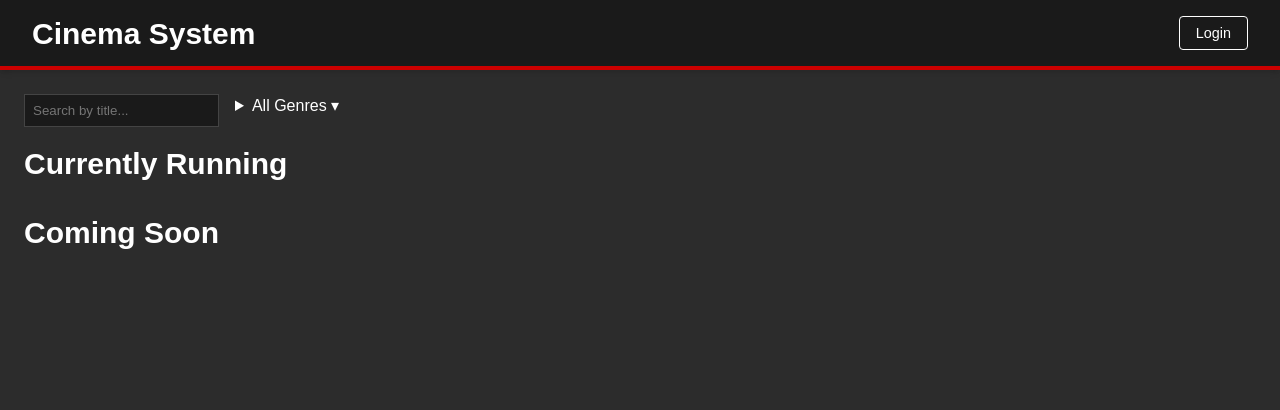
Repository: kaylaBond14/SE-Project
Page: / (app in cinema-ebooking-system/)
These files come from the project's save history. The page is drawn as it stood at one moment and after the next save; the edit follows.
The browser window is 1280 px wide. The pictures show the whole page.
The page's requests for data from a server got no answer. The project was rebuilt for these pictures with package versions that can differ from the ones it lists, and the page was loaded fresh each time. No one was signed in, and anything a server would have sent is missing. Also part of the build but not shown: cinema-ebooking-system/vite.config.js, cinema-ebooking-system/src/components/MovieCard.jsx, cinema-ebooking-system/src/components/MovieDetail.jsx, cinema-ebooking-system/src/components/SeatingChart.jsx, cinema-ebooking-system/src/components/TicketSelection.jsx, cinema-ebooking-system/src/components/Booking.jsx, cinema-ebooking-system/src/components/AddressForm.jsx, cinema-ebooking-system/src/components/Registration.jsx and 3 more.

Above is the page before, as saved 2025-11-12 11:18:29.

### cinema-ebooking-system/src/App.jsx
import React, { useState, useEffect } from 'react';
import HomeHeader from "./components/HomeHeader.jsx";
import Home from "./components/Homepage.jsx";
import MovieDetail from "./components/MovieDetail.jsx";
import Booking from "./components/Booking.jsx";
import Registration from "./components/Registration.jsx";
import EditProfile from './components/EditProfile.jsx';
import Login from './components/Login.jsx';
import ForgotPassword from './components/forgotpassword.jsx';

// Component for the admin dashboard
const AdminDashboard = () => {
  // Style for the outer container
  const containerStyle = {
    display: 'flex',
    justifyContent: 'center',
    flexWrap: 'wrap', // Added to help if you add more cards
    gap: '2rem', // Space between cards
    marginTop: '2rem'
  };

  // Style for each card
  const cardStyle = {
    backgroundColor: '#3a3a3a', // A slightly lighter dark shade
    padding: '1.5rem 2rem',
    borderRadius: '12px',
    width: '300px',
    boxShadow: '0 4px 12px rgba(0, 0, 0, 0.3)',
    cursor: 'pointer',
    transition: 'transform 0.2s'
  };

  // Style for card titles
  const cardTitleStyle = {
    fontSize: '1.5rem',
    fontWeight: 'bold',
    marginBottom: '0.5rem'
  };

  // Style for card descriptions
  const cardDescStyle = {
    fontSize: '1rem',
    color: '#ccc', // Lighter text for description
    minHeight: '40px'
  };

  return (
    <div style={{ padding: '2rem', textAlign: 'center' }}>
      <h1 style={{ fontSize: '1.875rem', fontWeight: 'bold' }}>
        Admin Dashboard
      </h1>

      <div style={containerStyle}>
        {/* Manage Movies Card */}
        <div
          style={cardStyle}
          onClick={() => { /* alert('Go to Manage Movies') */ }}
          onMouseOver={e => e.currentTarget.style.transform = 'scale(1.03)'}
          onMouseOut={e => e.currentTarget.style.transform = 'scale(1)'}
        >
          <h2 style={cardTitleStyle}>Manage Movies</h2>
          <p style={cardDescStyle}>Add, edit, or remove movie listings and showtimes.</p>
        </div>

        {/* Manage Promotions Card */}
        <div
          style={cardStyle}
          onClick={() => { /* alert('Go to Manage Promotions') */ }}
          onMouseOver={e => e.currentTarget.style.transform = 'scale(1.03)'}
          onMouseOut={e => e.currentTarget.style.transform = 'scale(1)'}
        >
          <h2 style={cardTitleStyle}>Manage Promotions</h2>
          <p style={cardDescStyle}>Create, update, and manage all active promotions.</p>
        </div>
        <div
          style={cardStyle}
          onClick={() => { /* alert('Go to Manage Users') */ }}
          onMouseOver={e => e.currentTarget.style.transform = 'scale(1.03)'}
          onMouseOut={e => e.currentTarget.style.transform = 'scale(1)'}
        >
          <h2 style={cardTitleStyle}>Manage Users</h2>
          <p style={cardDescStyle}>Search, view, and edit user accounts and permissions.</p>
        </div>

      </div>
    </div>
  );
};

export default function App() {
  // State to track the current page, selected movie, and selected showtime.
  // This is a simple way to manage navigation without using a routing library.
  const [currentPage, setCurrentPage] = useState('home');
  const [selectedMovie, setSelectedMovie] = useState(null);
  const [selectedShowtime, setSelectedShowtime] = useState(null);

  // Auth and user state
  const [isLoggedIn, setIsLoggedIn] = useState(false);
  const [currentUserId, setCurrentUserId] = useState(null);
  const [currentUser, setCurrentUser] = useState(null);

  // Add this useEffect to check for an existing session on app load
  useEffect(() => {
    const token = localStorage.getItem('jwtToken');
    const userId = localStorage.getItem('userId'); // Get the saved user ID

    if (token && userId) {
      console.log('Found existing session, fetching profile...');
      setIsLoggedIn(true);
      setCurrentUserId(userId); // This will trigger the *other* useEffect to fetch the profile
    }
    // The empty array [] means this runs only ONCE when the app first loads
  }, []);

  // Helper function to get auth headers
  // This reads the token that Login.js saved to localStorage
  const getAuthHeaders = (includeContentType = true) => {
    const token = localStorage.getItem('jwtToken');
    const headers = {};

    if (includeContentType) {
      headers['Content-Type'] = 'application/json';
    }

    if (token) {
      headers['Authorization'] = `Bearer ${token}`;
    }
    return headers;
  };

  const handleMovieSelect = (movie) => {
    setSelectedMovie(movie);
    setCurrentPage('movie-detail');
  };

  // Function to handle a showtime being selected on the Movie Detail page.
  // It updates the state to show the Booking page.
  const handleShowtimeSelect = (showtime) => {
    setSelectedShowtime(showtime);
    setCurrentPage('booking');
  };

  // Function to go back to the home page and vice versa.
  const handleGoBackFromDetail = () => setCurrentPage('home');
  const handleGoBackFromBooking = () => setCurrentPage('movie-detail');
  const handleGoToRegister = () => setCurrentPage('registration');
  const handleGoBackFromRegistration = () => setCurrentPage('home');
  const handleGoToProfile = () => setCurrentPage('edit-profile');
  const handleGoBackFromProfile = () => setCurrentPage('home');

  // LOGIN HANDLERS
  // When Login button is clicked in header, go to login page
  const handleLoginClick = () => {
    setCurrentPage('login');
  };

  // This function is called by the Login component on a successful login
  const handleLoginSuccess = (userData) => { // Expects { id, role }
    setIsLoggedIn(true);
    setCurrentUserId(userData.userId); // This will trigger your profile fetch

    // Save the user's ID to localStorage ***
    localStorage.setItem('userId', userData.userId);

    // Handle routing based on user role
    if (userData.role === 'Admin') {
      setCurrentPage('admin-dashboard');
    } else {
      setCurrentPage('home');
    }
  };



  const handleLogout = async () => {
    console.log("Log out button clicked...");
    try {
      const userId = localStorage.getItem('userId');
      const token = localStorage.getItem('jwtToken');

      if (!userId) {
        console.error("No userId found in localStorage — cannot log out properly.");
        return;
      }

      // Send logout request to backend
      const response = await fetch('api/users/logout', {
        method: 'POST',
        headers: {
          'Content-Type': 'application/json',
          'Authorization': `Bearer ${token}` // optional if backend uses JWT
        },
        body: JSON.stringify({ userId: parseInt(userId) })
      });
      console.log("Logout request sent to backend.");

      if (!response.ok) {
        console.error("Failed to log out:", await response.text());
        return;
      }

      // Clear local data and reset frontend state
      setIsLoggedIn(false);
      setCurrentUser(null);
      setCurrentUserId(null);
      localStorage.removeItem('jwtToken');
      localStorage.removeItem('userId');
      console.log("Cleared local session data.");
      setCurrentPage('home');

      console.log("User logged out and status set to Inactive.");
    } catch (error) {
      console.error("Error logging out:", error);
    }
  };




  /**   This logs the user out and clears their data
  const handleLogout = () => {
    setIsLoggedIn(false);
    setCurrentUser(null);
    setCurrentUserId(null);
    localStorage.removeItem('jwtToken');
    localStorage.removeItem('userId'); // Clear the saved user ID
    setCurrentPage('home');
  };
  */


  // This 'useEffect' hook runs automatically whenever 'currentUserId' changes.
  useEffect(() => {
    // If we have a user ID (from login), fetch their profile.
    if (currentUserId) {
      fetchUserProfile(currentUserId);
    }
  }, [currentUserId]); // The "dependency array": runs when this value changes

  // This function calls GET /api/users/{id}/profile endpoint
  const fetchUserProfile = async (id) => {
    try {
      // Fetch User Basics
      const userResponse = await fetch(`/api/users/${id}/profile`, {
        method: 'GET', // UPDATED
        headers: getAuthHeaders(false) // UPDATED
      });
      if (!userResponse.ok) throw new Error('Failed to fetch user profile.');
      const userData = await userResponse.json();

      // Fetch User Address (if it exists)
      let addressData = null;
      try {
        const addressResponse = await fetch(`/api/users/${id}/address`, {
          method: 'GET',
          headers: getAuthHeaders(false)
        });
        if (addressResponse.ok) {
          addressData = await addressResponse.json();
        }
      } catch (e) {
        console.log("User has no address yet.");
      }

      // Fetch User Cards (if they exist)
      let cardsData = [];
      try {
        const cardsResponse = await fetch(`/api/users/${id}/cards`, {
          method: 'GET',
          headers: getAuthHeaders(false)
        });
        if (cardsResponse.ok) {
          cardsData = await cardsResponse.json();
        }
      } catch (e) {
        console.log("User has no payment cards yet.");
      }

      // Combine all data into one user object
      const fullUserData = {
        ...userData,
        address: addressData,     // This will be an object or null
        paymentCards: cardsData,  // This will be an array
      };

    // This checks if we are on the initial page load (currentPage is 'home')
    // and navigates to the dashboard if the fetched user is an admin.
    if (currentPage === 'home' && fullUserData.userTypeName === 'Admin') {
      setCurrentPage('admin-dashboard');
    }

      setCurrentUser(fullUserData);
      console.log('Fetched full user profile:', fullUserData);

    } catch (error) {
      console.error('Error fetching profile:', error);
      alert('Could not load user profile.');
    }
  };

  // Helper function to format address for the API
  const formatAddressForAPI = (addr) => {
    // Now expects 'zip' from form state
    if (!addr.street || !addr.city || !addr.state || !addr.zip) {
      return null;
    }
    return {
      label: "Home",
      street: addr.street,
      city: addr.city,
      state: addr.state,
      postalCode: addr.zip,
      country: "USA",
    };
  };

  // This function now calls  backend API controllers.
  const handleProfileUpdate = async (updatedData) => { //(added async)
    if (!currentUser) return; //(Safety check)

    const id = currentUser.id;
    let updateFailed = false;

    // Update Basic Info (firstName, lastName, phone, promoOptIn)
    const basicsToUpdate = {
      firstName: updatedData.firstName,
      lastName: updatedData.lastName,
      phone: updatedData.phone,
      promoOptIn: updatedData.promoOptIn,
    };

    try {
      console.log('Updating basic info:', basicsToUpdate);
      const response = await fetch(`/api/users/${id}`, {
        method: 'PATCH',
        headers: getAuthHeaders(),
        body: JSON.stringify(basicsToUpdate),
      });
      if (!response.ok) throw new Error('Failed to update basic info.');
    } catch (error) {
      console.error(error);
      alert('Error saving profile changes. Please try again.');
      updateFailed = true;
    }

    //  Update Password (if provided)
    if (!updateFailed && updatedData.newPassword) {
      const passwordRequest = {
        currentPassword: updatedData.currentPassword,
        newPassword: updatedData.newPassword,
      };

      try {
        console.log('Changing password...');
        const response = await fetch(`/api/users/${id}/change-password`, {
          method: 'POST',
          headers: getAuthHeaders(),
          body: JSON.stringify(passwordRequest),
        });

        if (!response.ok) {
          const errorMsg = await response.text();
          throw new Error(errorMsg || 'Failed to change password.');
        }
      } catch (error) {
        console.error(error);
        alert(`Error changing password: ${error.message}`);
        updateFailed = true;
      }
    }

    // API logic for Address
    if (!updateFailed && updatedData.homeAddress) {
      const formattedAddress = formatAddressForAPI(updatedData.homeAddress);
      if (formattedAddress) {
        try {
          let addressEndpoint = `/api/users/${id}/address`;
          let addressMethod = 'POST';

          if (currentUser.address && currentUser.address.id) {
            addressEndpoint = `/api/users/${id}/address/${currentUser.address.id}`;
            addressMethod = 'PATCH';
          }

          console.log(`Sending address via ${addressMethod} to ${addressEndpoint}`);
          const response = await fetch(addressEndpoint, {
            method: addressMethod,
            headers: getAuthHeaders(),
            body: JSON.stringify(formattedAddress),
          });
          if (!response.ok) throw new Error('Failed to save home address.');

        } catch (error) {
          console.error(error);
          alert('Error saving home address.');
          updateFailed = true;
        }
      }
    }

    // Full API logic for MULTIPLE Payment Cards
    if (!updateFailed) {
      const formCards = updatedData.paymentCards; // Array from EditProfile
      const existingCards = currentUser.paymentCards || [];

      // Find cards to ADD, UPDATE, and DELETE
      const cardsToAdd = formCards.filter(c => c.id === null);
      const cardsToUpdate = formCards.filter(c => c.id !== null);
      const cardIdsToUpdate = cardsToUpdate.map(c => c.id);

      const cardsToDelete = existingCards.filter(
        (existing) => !cardIdsToUpdate.includes(existing.id)
      );

      // Helper to build payload
      const buildCardPayload = (card) => {
        const [month, year] = card.expDate.split('/');
        const billingAddress = card.billingSameAsHome
          ? updatedData.homeAddress // Use the (already formatted) home address
          : card.billingAddress;

        const formattedBillingAddress = formatAddressForAPI(billingAddress);

        // This payload matches your 'CardRequest' DTO
        const payload = {
          brand: card.cardType,
          expMonth: month,
          expYear: `20${year}`,
          billingAddress: formattedBillingAddress,
        };

        // Only add 'cardNumber' if the user entered one
        // This assumes PATCH can handle partial updates
        if (card.cardNumber) {
          payload.cardNumber = card.cardNumber;
        }

        return payload;
      };

      // Run DELETE operations
      for (const card of cardsToDelete) {
        try {
          console.log(`Deleting card: ${card.id}`);
          const response = await fetch(`/api/users/${id}/cards/${card.id}`, {
            method: 'DELETE',
            headers: getAuthHeaders(false)
          });
          if (!response.ok) throw new Error(`Failed to delete card ${card.id}`);
        } catch (err) {
          console.error(err);
          alert(err.message);
          updateFailed = true;
        }
      }

      // Run ADD operations
      for (const card of cardsToAdd) {
        try {
          console.log("Adding new card...");
          const payload = buildCardPayload(card);
          if (!payload.cardNumber) { // New cards MUST have a number
             throw new Error("New card is missing a card number.");
          }

          const response = await fetch(`/api/users/${id}/cards`, {
            method: 'POST',
            headers: getAuthHeaders(),
            body: JSON.stringify(payload),
          });
          if (!response.ok) throw new Error('Failed to add new card.');
        } catch (err) {
          console.error(err);
          alert(err.message);
          updateFailed = true;
        }
      }

      //  Run UPDATE operations
      for (const card of cardsToUpdate) {
        try {
          console.log(`Updating card: ${card.id}`);
          const payload = buildCardPayload(card);

          const response = await fetch(`/api/users/${id}/cards/${card.id}`, {
            method: 'PATCH',
            headers: getAuthHeaders(),
            body: JSON.stringify(payload),
          });
          if (!response.ok) throw new Error(`Failed to update card ${card.id}`);
        } catch (err) {
          console.error(err);
          alert(err.message);
          updateFailed = true;
        }
      }
    }



    //  Refetch data & go home
    if (!updateFailed) {
      alert('Profile Saved!');
      fetchUserProfile(id); // Re-fetch the user to get the confirmed changes
      setCurrentPage('home');
    }
  };


  // This function decides which page to render based on the current state.
  const renderPage = () => {
    if (currentPage === 'home') {
      return (
        <Home
          onMovieSelect={handleMovieSelect}
          isLoggedIn={isLoggedIn}
          user={currentUser}
        />
      );
    } else if (currentPage === 'movie-detail') {
      return (
        <MovieDetail
          movie={selectedMovie}
          onShowtimeSelect={handleShowtimeSelect}
          onGoBack={handleGoBackFromDetail}
        />
      );
    } else if (currentPage === 'booking') {
      return (
        <Booking
          movie={selectedMovie}
          showtime={selectedShowtime}
          onGoBack={handleGoBackFromBooking}
        />
      );
    } else if (currentPage === 'registration') {
      return (
        <Registration
          onGoBack={handleGoBackFromRegistration}
        />
      );
    } else if (currentPage == 'edit-profile') {
      // A loading check
      // If the user is logged in but haven't fetched their data yet
      if (!currentUser) {
        // Show a loading message
        return <div style={{ padding: '2rem' }}>Loading profile...</div>;
      }

      // Once 'currentUser' is fetched, render the form
      return (
        <EditProfile
          user={currentUser}
          onGoBack={handleGoBackFromProfile}
          onSave={handleProfileUpdate}
        />
      );
    } else if (currentPage === 'login') {
      return (
        <Login
          onLoginSuccess={handleLoginSuccess}
          onGoForgot={() => setCurrentPage('forgot-password')}
          onGoSignup={handleGoToRegister} // Re-uses existing function
        />
      );
    } else if (currentPage === 'forgot-password') {
      return (
        <ForgotPassword
          onGoBack={() => setCurrentPage('login')} //Goes back to login page
        />
      );
    } else if (currentPage === 'admin-dashboard') {
      return <AdminDashboard />;

    }
  };

  const appStyle = {
    fontFamily: 'Arial, sans-serif',
    backgroundColor: '#2c2c2c', // Dark background
    color: 'white', // Light text
    minHeight: '100vh',
  };

  return (
    <div style={appStyle}>
      <HomeHeader
        isLoggedIn={isLoggedIn}
        onLoginClick={handleLoginClick}
        onLogoutClick={handleLogout}
        onRegisterClick={handleGoToRegister}
        onProfileClick={handleGoToProfile}
        />
      {/* The renderPage() function call determines which page is displayed to the user. */}
      {renderPage()}
    </div>
  );
}

### cinema-ebooking-system/src/components/HomeHeader.jsx
import React from 'react';
export default function HomeHeader({
  isLoggedIn,
  onLoginClick,
  onLogoutClick,
  onRegisterClick,
  onProfileClick
}) {

  // Styles
  const headerStyle = {
    backgroundColor: '#1a1a1a',
    color: 'white',
    padding: '1rem 2rem',
    boxShadow: '0 4px 6px -1px rgba(0, 0, 0, 0.1), 0 2px 4px -1px rgba(0, 0, 0, 0.06)',
    display: 'flex',
    justifyContent: 'space-between',
    alignItems: 'center',
    borderBottom: '4px solid #cc0000',
  };
  const headerTitleStyle = {
    fontSize: '1.875rem',
    fontWeight: '700',
    margin: 0,
  };
  const navContainerStyle = {
    display: 'flex',
    gap: '1rem',
  };
  const buttonStyle = {
    background: 'none',
    border: '1px solid white',
    color: 'white',
    padding: '0.5rem 1rem',
    borderRadius: '4px',
    cursor: 'pointer',
    fontSize: '0.9rem',
    fontWeight: '500',
  };
  // end of styles

  return (
    <header style={headerStyle}>
      <h1 style={headerTitleStyle}>Cinema System</h1>

      {/*This navigation container is now fully dynamic */}
      <div style={navContainerStyle}>
        {isLoggedIn ? (
          // SHOW THESE BUTTONS IF LOGGED IN (TRIAL FOR LOGIN STUFF)
          <>
            <button
              style={buttonStyle}
              onClick={onProfileClick}
            >
              Edit Profile
            </button>
            <button
              style={buttonStyle}
              onClick={onLogoutClick}
            >
              Logout
            </button>
          </>
        ) : (
          //SHOW THESE BUTTONS IF LOGGED OUT
          <>
            <button
              style={buttonStyle}
              onClick={onLoginClick}
            >
              Login
            </button>
            {/* <button
              style={buttonStyle}
              onClick={onRegisterClick}
            >
              Register
            </button> */}
          </>
        )}
      </div>
    </header>
  );
}

### cinema-ebooking-system/src/components/Login.css
/* ---- Login Page Styling ---- */

body {
  margin: 0;
  font-family: 'Segoe UI', Tahoma, Geneva, Verdana, sans-serif;
  background: linear-gradient(135deg, #1a237e, #0d47a1, #1976d2);
  background-size: 400% 400%;
  animation: gradientShift 12s ease infinite;
  color: white;
}

@keyframes gradientShift {
  0% { background-position: 0% 50%; }
  50% { background-position: 100% 50%; }
  100% { background-position: 0% 50%; }
}

.login-container {
  display: flex;
  justify-content: center;
  align-items: center;
  height: 100vh;
}

.login-card {
  background-color: rgba(255, 255, 255, 0.15);
  backdrop-filter: blur(8px);
  border-radius: 16px;
  padding: 40px 30px;
  width: 360px;
  box-shadow: 0 8px 30px rgba(0, 0, 0, 0.3);
  text-align: center;
}

.login-title {
  margin-bottom: 20px;
  font-size: 32px;
  color: #fff;
  font-weight: 600;
}

label {
  display: block;
  text-align: left;
  font-size: 14px;
  margin: 10px 0 4px 2px;
  color: #e0e0e0;
}

input[type="email"],
input[type="password"] {
  width: 100%;
  padding: 10px 12px;
  border-radius: 8px;
  border: none;
  outline: none;
  margin-bottom: 14px;
  background-color: rgba(255, 255, 255, 0.9);
  color: #000;
  font-size: 15px;
}

.options {
  display: flex;
  justify-content: space-between;
  align-items: center;
  font-size: 13px;
  margin-bottom: 16px;
}

.forgot-link {
  color: #bbdefb;
  text-decoration: none;
}

.forgot-link:hover {
  text-decoration: underline;
}

.login-btn {
  width: 100%;
  padding: 12px;
  font-size: 16px;
  font-weight: 600;
  background-color: #1565c0;
  color: white;
  border: none;
  border-radius: 8px;
  cursor: pointer;
  transition: 0.3s ease;
}

.login-btn:hover {
  background-color: #0d47a1;
}

.signup-text {
  font-size: 14px;
  margin-top: 18px;
  color: #e0e0e0;
}

.signup-link {
  color: #bbdefb;
  text-decoration: none;
  font-weight: 600;
}

.signup-link:hover {
  text-decoration: underline;
}

.error-text {
  color: #ff5252;
  font-size: 14px;
  margin-bottom: 10px;
}

Loaded but not shown: cinema-ebooking-system/index.html (common file); cinema-ebooking-system/src/main.jsx (common file); cinema-ebooking-system/src/index.css (common file); cinema-ebooking-system/src/components/Homepage.jsx (269 lines, source omitted)

After the next save:
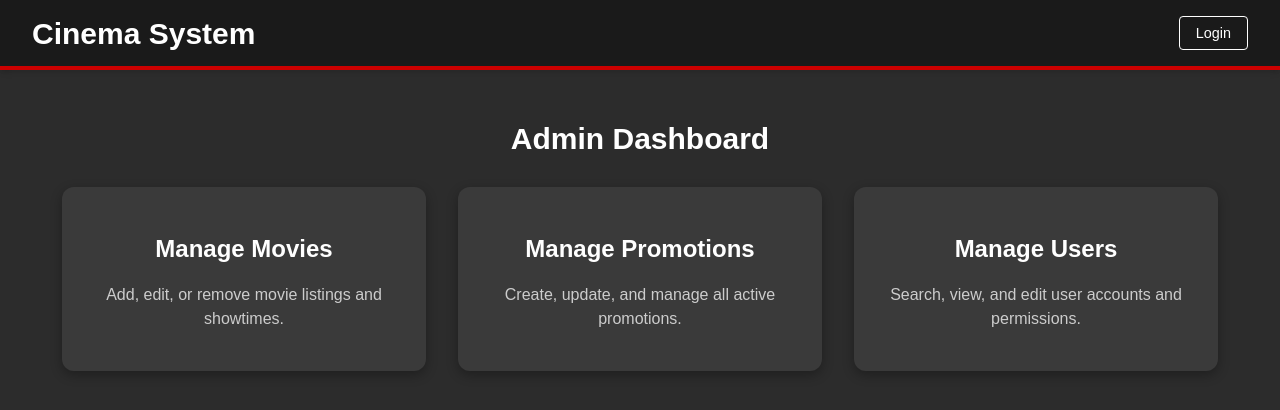
Saved 45 s later.
--- a/cinema-ebooking-system/src/App.jsx
+++ b/cinema-ebooking-system/src/App.jsx
@@ -90,7 +90,7 @@ const AdminDashboard = () => {
 export default function App() {
   // State to track the current page, selected movie, and selected showtime.
   // This is a simple way to manage navigation without using a routing library.
-  const [currentPage, setCurrentPage] = useState('home');
+  const [currentPage, setCurrentPage] = useState('admin-dashboard');  // change back to 'home' after testing
   const [selectedMovie, setSelectedMovie] = useState(null);
   const [selectedShowtime, setSelectedShowtime] = useState(null);
 
